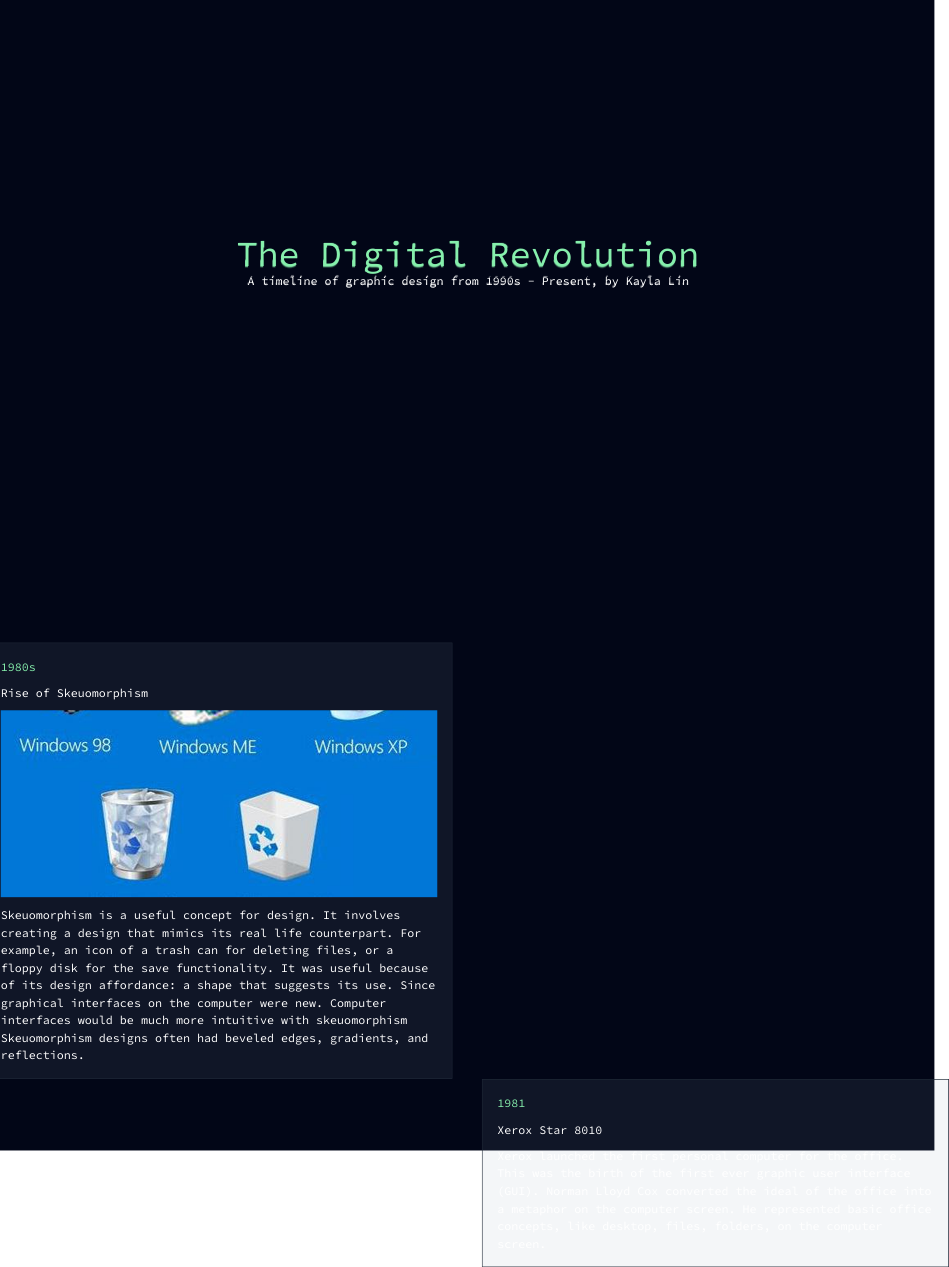
Repository: kayla-lin/graphic-design-timeline
Page: /
The author's editor kept a copy of each file at every save. The page is drawn from the files as they stood at one save, then again after the next save.
The browser window is 1280 px wide. The page is 1300 px wide, so the pictures cover 1300 px, including what lies to the right of the window. The pictures show the whole page, at 73% of full size.
The project was rebuilt for these pictures with package versions that can differ from the ones it lists, and the page was loaded fresh each time. The framework's server and built-in components were replaced by stand-ins that run in the browser. Also part of the build but not shown: next.config.js.

Above is the page before, as saved 2023-05-01 19:56:50.

After the next save:
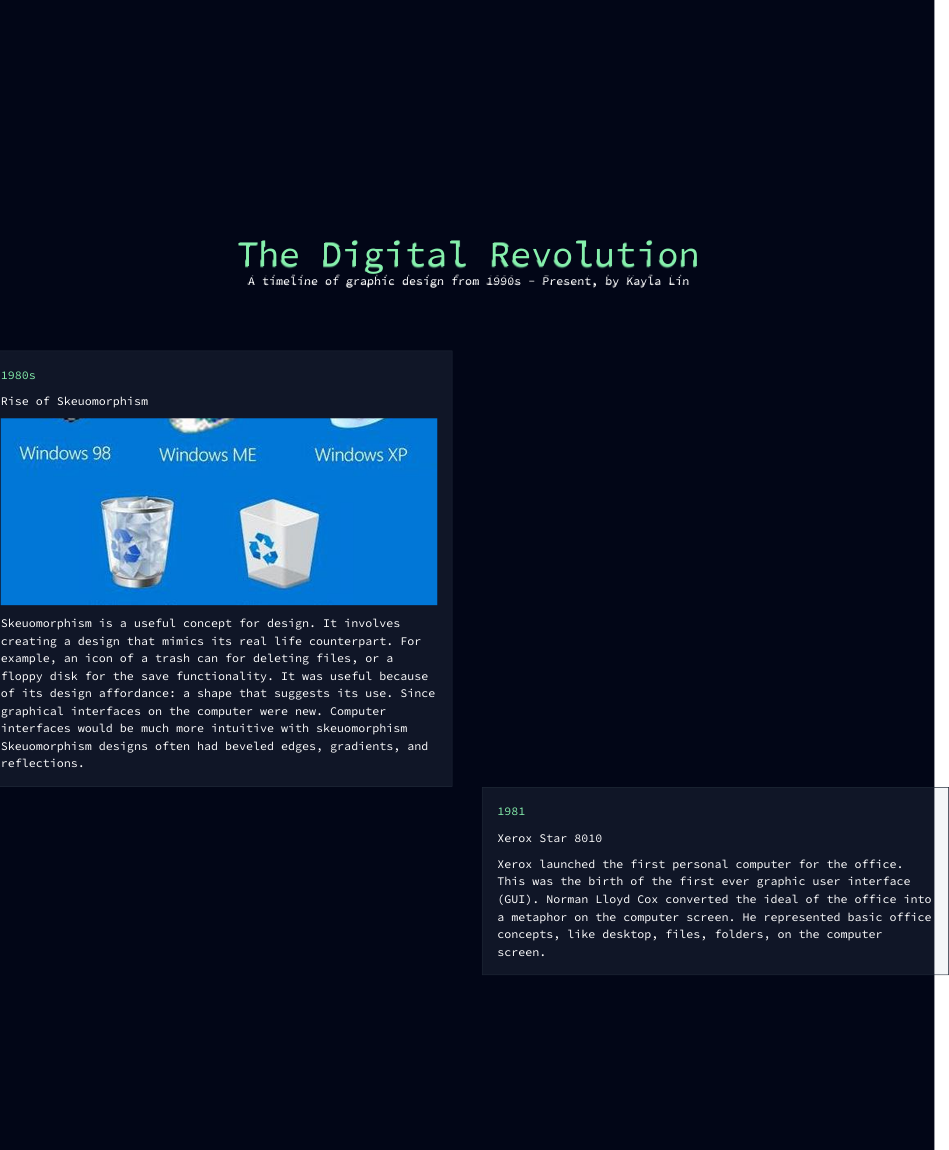
Saved 8 s later.
--- a/pages/components/TimelineElement/index.tsx
+++ b/pages/components/TimelineElement/index.tsx
@@ -22,7 +22,7 @@
 }) => {
   return (
     <div
-      className={`w-1/2 relative text-white bg-slate-400 bg-opacity-10 p-5 border border-gray-800 flex flex-col gap-3 top-40 ${
+      className={`w-1/2 relative text-white bg-slate-400 bg-opacity-10 p-5 border border-gray-800 flex flex-col gap-3 bottom-60 ${
         index ? "self-end left-5" : "self-start right-5"
       }
       ${!isFirst && "top-50"}
